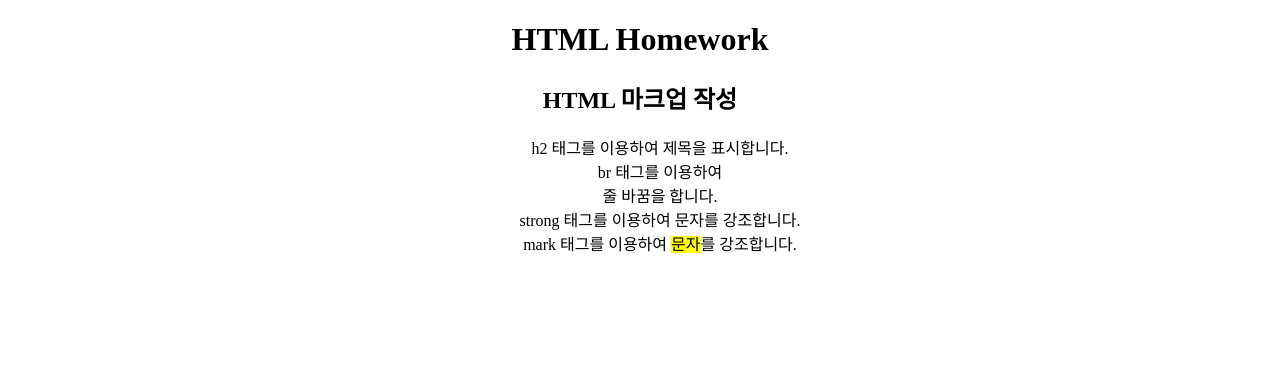
Repository: Cheol-Cheol/KOSA
Page: Kcc_web/Html/WebContent/mission/homework.html
The author's editor kept a copy of each file at every save. The page is drawn from the files as they stood at one save, then again after the next save.
The browser window is 1280 px wide. The pictures show the whole page.

Above is the page before, as saved 2024-07-08 10:44:34.

### Kcc_web/Html/WebContent/mission/homework.html
<!DOCTYPE html>
<html>
<head>
<meta charset="UTF-8">
<title>Insert title here</title>

<style>
ul {
	list-style-type: none;
}
</style>
</head>
<body style="text-align: center">
	<header>
		<h1>HTML Homework</h1>
	</header>

	<section>
		<h2>HTML 마크업 작성</h2>
		<ul>
			<li>h2 태그를 이용하여 제목을 표시합니다.</li>
			<li>br 태그를 이용하여 <br />줄 바꿈을 합니다.
			</li>
			<li>strong 태그를 이용하여 <string>문자</string>를 강조합니다.
			</li>
			<li>mark 태그를 이용하여 <mark>문자</mark>를 강조합니다.
			</li>
		</ul>
	</section>



</body>
</html>

After the next save:
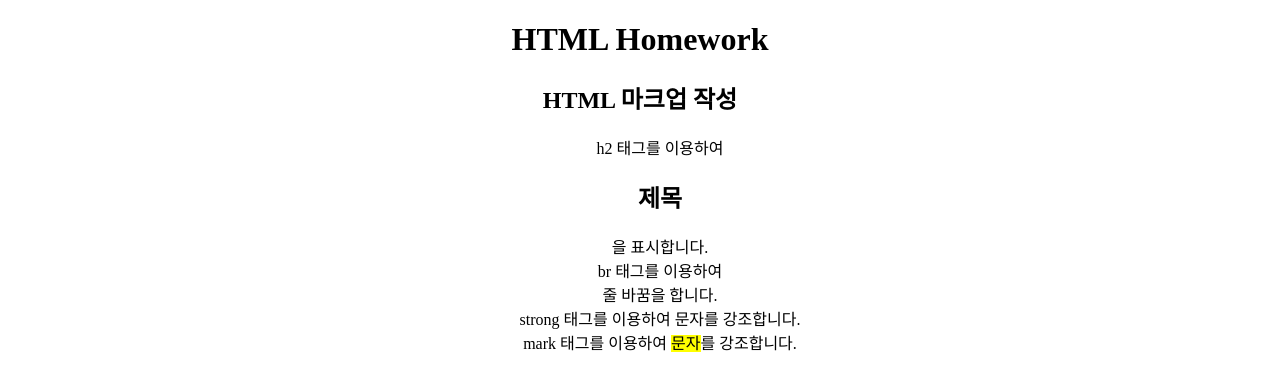
Saved 10 s later.
--- a/Kcc_web/Html/WebContent/mission/homework.html
+++ b/Kcc_web/Html/WebContent/mission/homework.html
@@ -18,7 +18,9 @@ ul {
 	<section>
 		<h2>HTML 마크업 작성</h2>
 		<ul>
-			<li>h2 태그를 이용하여 제목을 표시합니다.</li>
+			<li>h2 태그를 이용하여
+				<h2>제목</h2>을 표시합니다.
+			</li>
 			<li>br 태그를 이용하여 <br />줄 바꿈을 합니다.
 			</li>
 			<li>strong 태그를 이용하여 <string>문자</string>를 강조합니다.
